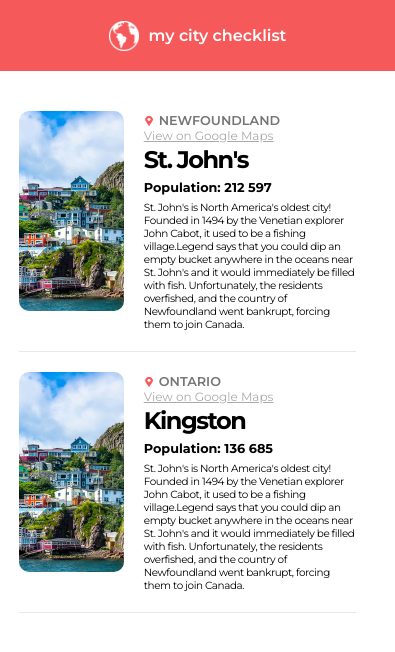
Repository: jsong552/my-city-checklist
Page: /
The author's editor kept a copy of each file at every save. The page is drawn from the files as they stood at one save, then again after the next save.
The browser window is 375 px wide. The page is 395 px wide, so the pictures cover 395 px, including what lies to the right of the window. The pictures show the whole page.
The project was rebuilt for these pictures with package versions that can differ from the ones it lists, and the page was loaded fresh each time. Imported but missing from the stored project, and not drawn on this page: src/reportWebVitals.

Above is the page before, as saved 2023-12-29 20:48:36.

### public/index.html
<!DOCTYPE html>
<html lang="en">
  <head>
    <meta charset="utf-8" />
    <link rel="preconnect" href="https://fonts.googleapis.com">
    <link rel="preconnect" href="https://fonts.gstatic.com" crossorigin>
    <link href="https://fonts.googleapis.com/css2?family=Inter:wght@400;600;700&family=Montserrat:wght@200;300;400;500;600;700&display=swap" rel="stylesheet">
    <link rel="icon" href="%PUBLIC_URL%/favicon.ico" />
    <meta name="viewport" content="width=device-width, initial-scale=1" />
    <meta name="theme-color" content="#000000" />
    <meta
      name="description"
      content="Web site created using create-react-app"
    />
    <link rel="apple-touch-icon" href="%PUBLIC_URL%/logo192.png" />
    <!--
      manifest.json provides metadata used when your web app is installed on a
      user's mobile device or desktop. See https://developers.google.com/web/fundamentals/web-app-manifest/
    -->
    <link rel="manifest" href="%PUBLIC_URL%/manifest.json" />
    <!--
      Notice the use of %PUBLIC_URL% in the tags above.
      It will be replaced with the URL of the `public` folder during the build.
      Only files inside the `public` folder can be referenced from the HTML.

      Unlike "/favicon.ico" or "favicon.ico", "%PUBLIC_URL%/favicon.ico" will
      work correctly both with client-side routing and a non-root public URL.
      Learn how to configure a non-root public URL by running `npm run build`.
    -->
    <title>React App</title>
  </head>
  <body>
    <noscript>You need to enable JavaScript to run this app.</noscript>
    <div id="root"></div>
    <!--
      This HTML file is a template.
      If you open it directly in the browser, you will see an empty page.

      You can add webfonts, meta tags, or analytics to this file.
      The build step will place the bundled scripts into the <body> tag.

      To begin the development, run `npm start` or `yarn start`.
      To create a production bundle, use `npm run build` or `yarn build`.
    -->
  </body>
</html>

### src/index.css
body {
    margin: 0px;
}

.navbar {
    display: flex;
    width: 100%;
    align-items: center;
    padding: 10px;
    justify-content: center;
    background-color: #F6595A;
    flex: 1;
}

.navbar img {
    width: 30px;
    margin-right: 10px;
}

.navbar p {
    color: white;
    font-family: Montserrat;
    font-weight: 600;
}

/* card styles */

.cardsContainer {
    margin-top: 20px;
}

.card {
    margin: auto;
    padding-top: 20px;
    padding-bottom: 20px;
    border-bottom: 1px solid #bbbbbb55;
    display: flex;
    font-family: Montserrat;
    width: 70%;
}

.imageOfLocation {
    height: 250px;
    width: 175px;
    border-radius: 10px;
    object-fit: cover;
}

.cardInfo {
    margin-left: 20px;
    padding-top: 20px;
    width: 100%;
}

.locationMarker {
    width: 12px;
    margin-right: 5px;
}

.cardLocation * {
    display: inline;
}

.cardLocation h4 {
    font-weight: 600;
    font-size: 0.9rem;
    position: relative;
    bottom: 1px;
    text-transform: uppercase;
    color: #757575;
}

.cardLocation a {
    font-size: 0.75rem;
    position: relative;
    bottom: 2px;
    color: #aaaaaa;
    margin-left: 15px;
}

.cardInfo h1 {
    margin-top: 5px;
    letter-spacing: -1.5px;
}

.cardInfo h3 {
    font-size: 0.9rem;
    margin-bottom: 10px;
}

.cardInfo p {
    margin-top: 0px;
    font-size: 0.8rem;
    letter-spacing: -0.4px;
}

@media (max-width: 768px) {
    .imageOfLocation {
        height: 250px;
        width: 175px;
    }

    .card {
        width: 85%;
    }

    .cardInfo p {
        font-size: 0.7rem;
        letter-spacing: -0.4px;
    }
}

@media (max-width: 580px) {
    .imageOfLocation {
        height: 225px;
        width: 150px;
    }

    .card {
        width: 85%;
    }

    .cardInfo {
        padding-top: 0px
    }

    .cardInfo p {
        font-size: 0.65rem;
        letter-spacing: -0.4px;
        margin-bottom: 0px;
    }

    .cardInfo h1 {
        font-size: 1.7rem;
        margin-bottom: 0px;
    }

    .cardInfo h3 {
        margin-top: 10px;
        font-size: 0.9rem;
        margin-bottom: 10px;
    }

    .cardInfo a {
        display: block;
    }

    .cardLocation a {
        width: fit-content;
        margin-left: 0px;
    }
}

@media (max-width: 480px) {
    .imageOfLocation {
        height: 225px;
        width: 135px;
    }

    .card {
        width: 90%;
    }

    .cardInfo {
        padding-top: 0px
    }

    .cardInfo p {
        font-size: 0.65rem;
        letter-spacing: -0.4px;
        margin-bottom: 0px;
    }

    .cardInfo h1 {
        font-size: 1.5rem;
        margin-bottom: 0px;
        margin-top: 0px;
    }

    .cardInfo h3 {
        margin-top: 6px;
        font-size: 0.8rem;
        margin-bottom: 6px;
    }

    .cardInfo h4 {
        font-size: 0.8rem;
    }

    .locationMarker {
        width: 10px;
    }

    .cardInfo a {
        display: block;
    }

    .cardLocation a {
        width: fit-content;
        margin-left: 0px;
    }
}

@media (max-width: 380px) {
    .imageOfLocation {
        height: 200px;
        width: 105px;
    }

    .card {
        width: 90%;
    }

    .cardInfo {
        padding-top: 0px
    }

    .cardInfo p {
        font-size: 0.65rem;
        letter-spacing: -0.4px;
        margin-bottom: 0px;
    }

    .cardInfo h1 {
        font-size: 1.5rem;
        margin-bottom: 0px;
        margin-top: 0px;
    }

    .cardInfo h3 {
        margin-top: 6px;
        font-size: 0.8rem;
        margin-bottom: 6px;
    }

    .cardInfo h4 {
        font-size: 0.8rem;
    }

    .locationMarker {
        width: 10px;
    }

    .cardInfo a {
        display: block;
    }

    .cardLocation a {
        width: fit-content;
        margin-left: 0px;
    }
}

### src/App.js
import React from "react";
import Navbar from "./components/Navbar.js";
import Card from "./components/Card.js";
import data from "./data/cardData.js"

let allCards = data.map((data) => {
    return <Card
                key={data.id}
                info={data}
            />
    }
)

export default function App() {
    return (
        <div className="container">
            <Navbar />
            <div className="cardsContainer">
                {allCards}
            </div>
        </div>
    )
}

### src/components/Navbar.js
import React from "react";

export default function Navbar() {
    return (
        <nav className="navbar">
            <img src={require('../images/logo.png')} alt="logo"/>
            <p>my city checklist</p>
        </nav>
    )
}

### src/components/Card.js
import React from "react";

export default function Card(props) {
    return (
        <div className="card">
            <img className="imageOfLocation" src={require('../images/stjohns.jpg')} alt="St. Johns Downtown" />
            <div className="cardInfo">
                <span className="cardLocation">
                    <img className="locationMarker" src={require('../images/location-marker.png')} />
                    <h4>{props.info.province}</h4>
                    <a href={props.info.link}>View on Google Maps</a>
                </span>
                <h1>{props.info.city}</h1>
                <h3>Population: {props.info.population}</h3><p>{props.info.desc}
                </p>
            </div>
        </div>
    )
}

### src/data/cardData.js
export default [
    {
        id: 1,
        province: "newfoundland",
        image: "../images/stjohns.jpg",
        city: "St. John's",
        population: "212 597",
        desc: "St. John's is North America's oldest city! Founded in 1494 by the Venetian explorer John Cabot, it used to be a fishing village.Legend says that you could dip an empty bucket anywhere in the oceans near St. John's and it would immediately be filled with fish. Unfortunately, the residents overfished, and the country of Newfoundland went bankrupt, forcing them to join Canada.",
        link: "https://www.google.com/maps/place/St.+John's,+NL/@47.4825126,-52.9947887,11z/data=!3m1!4b1!4m6!3m5!1s0x4b0ca38e6b0aa261:0x9e1fd4001f12261f!8m2!3d47.5556097!4d-52.7452511!16zL20vMGo4cDY?hl=en&entry=ttu",
    },
    {
        id: 2,
        province: "Ontario",
        city: "Kingston",
        image: "../images/stjohns.jpg",
        population: "136 685",
        desc: "St. John's is North America's oldest city! Founded in 1494 by the Venetian explorer John Cabot, it used to be a fishing village.Legend says that you could dip an empty bucket anywhere in the oceans near St. John's and it would immediately be filled with fish. Unfortunately, the residents overfished, and the country of Newfoundland went bankrupt, forcing them to join Canada.",
        link: "https://www.google.com/maps/place/St.+John's,+NL/@47.4825126,-52.9947887,11z/data=!3m1!4b1!4m6!3m5!1s0x4b0ca38e6b0aa261:0x9e1fd4001f12261f!8m2!3d47.5556097!4d-52.7452511!16zL20vMGo4cDY?hl=en&entry=ttu",
    },
]

Loaded but not shown: src/index.js (common file)

After the next save:
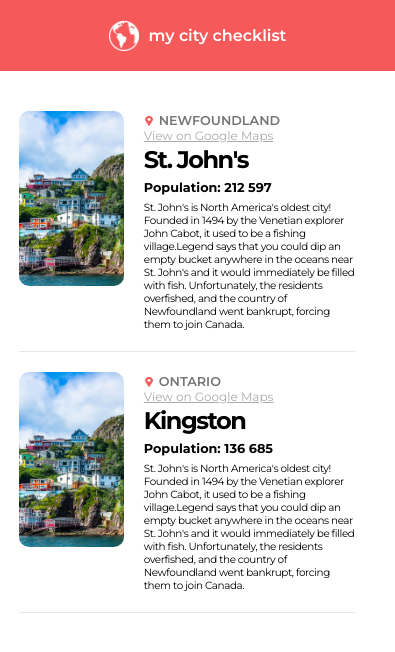
Saved 5 min 5 s later.
--- a/src/index.css
+++ b/src/index.css
@@ -203,50 +203,7 @@ body {
 
 @media (max-width: 380px) {
     .imageOfLocation {
-        height: 200px;
+        height: 175px;
         width: 105px;
     }
-
-    .card {
-        width: 90%;
-    }
-
-    .cardInfo {
-        padding-top: 0px
-    }
-
-    .cardInfo p {
-        font-size: 0.65rem;
-        letter-spacing: -0.4px;
-        margin-bottom: 0px;
-    }
-
-    .cardInfo h1 {
-        font-size: 1.5rem;
-        margin-bottom: 0px;
-        margin-top: 0px;
-    }
-
-    .cardInfo h3 {
-        margin-top: 6px;
-        font-size: 0.8rem;
-        margin-bottom: 6px;
-    }
-
-    .cardInfo h4 {
-        font-size: 0.8rem;
-    }
-
-    .locationMarker {
-        width: 10px;
-    }
-
-    .cardInfo a {
-        display: block;
-    }
-
-    .cardLocation a {
-        width: fit-content;
-        margin-left: 0px;
-    }
-}
+}
